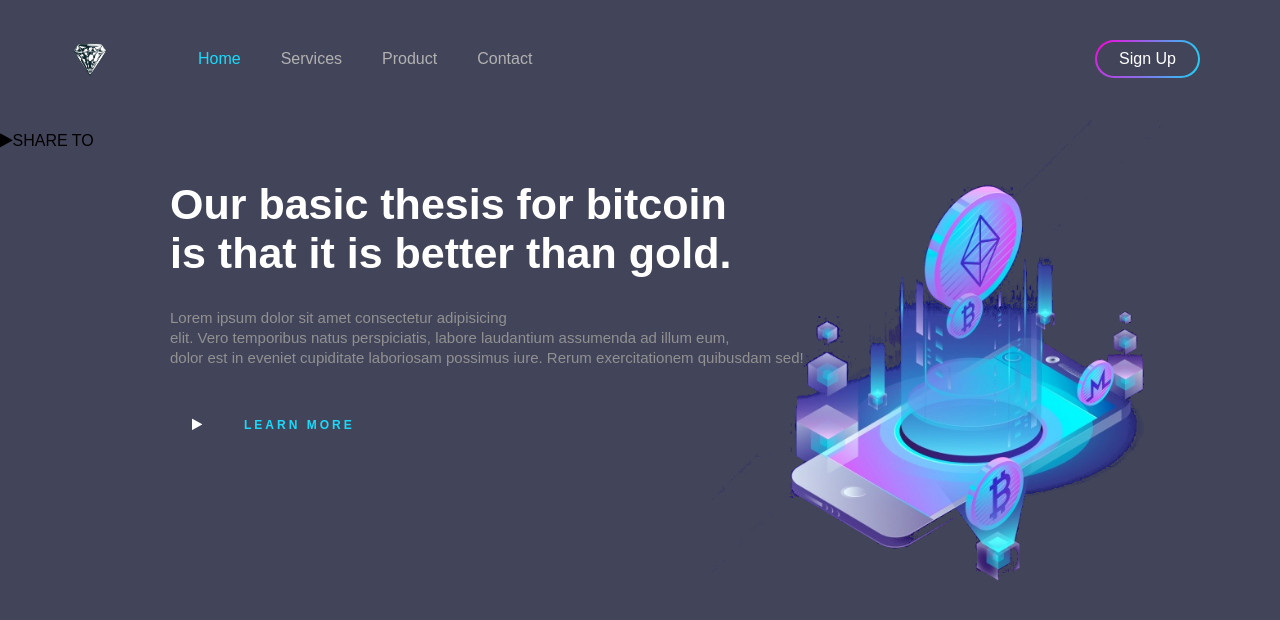
Repository: Aakarshit-Sharma19/Basic-HTML-and-CSS-Page-
Page: index.html
The author's editor kept a copy of each file at every save. The page is drawn from the files as they stood at one save, then again after the next save.
The browser window is 1280 px wide. The pictures show the whole page.

Above is the page before, as saved 2020-11-10 16:58:17.

After the next save:
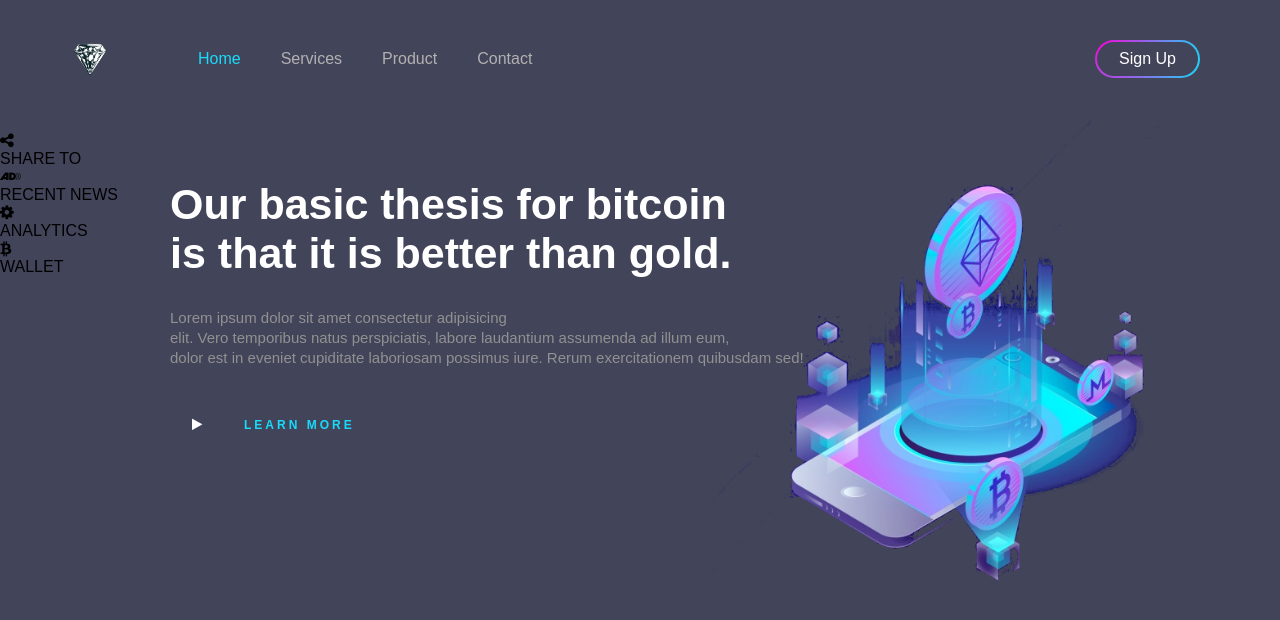
Saved 4 min 6 s later.
--- a/index.html
+++ b/index.html
@@ -40,7 +40,16 @@
         <div class="quick-links">
             <ul>
                 <li>
-                    <p><i class="fa fa-play" aria-hidden="true"></i>SHARE TO</p>
+                    <i class="fa fa-share-alt" aria-hidden="true"></i><p>SHARE TO</p>
+                </li>
+                <li>
+                   <i class="fa fa-audio-description" aria-hidden="true"></i><p>RECENT NEWS</p>
+                </li>
+                <li>
+                    <i class="fa fa-cog" aria-hidden="true"></i><p>ANALYTICS</p>
+                </li>
+                <li>
+                    <i class="fa fa-btc" aria-hidden="true"></i><p></p>WALLET</p>
                 </li>
             </ul>
         </div>
